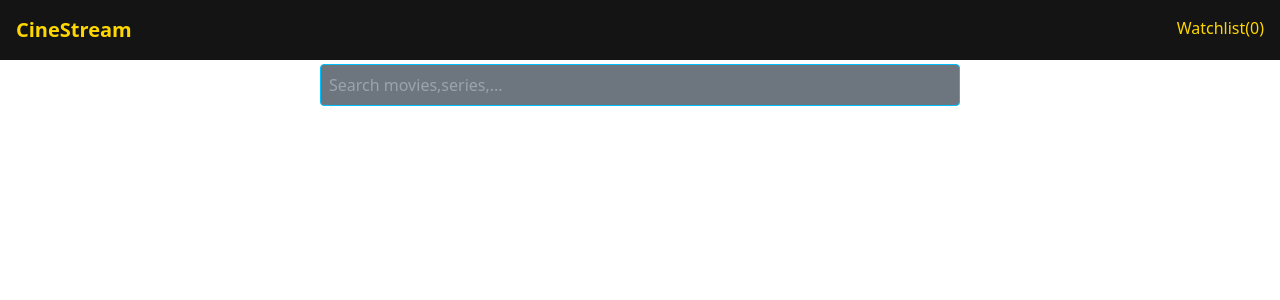
Repository: Reshmashameem31/Cine-Stream
Page: / (app in movie-project/)
The author's editor kept a copy of each file at every save. The page is drawn from the files as they stood at one save, then again after the next save.
The browser window is 1280 px wide. The pictures show the whole page.
The project was rebuilt for these pictures with package versions that can differ from the ones it lists, and the page was loaded fresh each time. Also part of the build but not shown: movie-project/vite.config.js, movie-project/src/pages/WatchList.jsx.

Above is the page before, as saved 2025-08-15 17:41:41.

### movie-project/src/App.jsx
import {BrowserRouter,Routes,Route} from 'react-router-dom'

import { useState } from 'react'
import Navbar from './pages/Navbar'
import Watchlist from './pages/WatchList'
import Home from './pages/Home'
function App() {
  const [count, setCount] = useState(0)

  return (

    <BrowserRouter>

    <Navbar/>
    <Routes>
      <Route path='/' element={<Home/>}></Route>
        <Route path='/watchlist' element={<Watchlist/>}></Route>
    </Routes>
    </BrowserRouter>
  )
}

export default App

### movie-project/src/pages/Navbar.jsx
import React from 'react'
import { Link } from 'react-router-dom'

const Navbar = () => {
  return (
    <nav className='p-4 bg-[#141414] text-[#FFD700]  flex justify-between fixed w-full top-0'>
      <Link to="/" className='font-bold text-xl hover:text-[#00E5FF] '>CineStream</Link>
      <Link to="/watchlist" className='text-l hover:text-[#00E5FF]'>Watchlist(0)</Link>
    </nav>
  )
}

export default Navbar

### movie-project/src/pages/Home.jsx
import React from 'react'

const Home = () => {
  return (
    <div className='p-4 pt-16 '>
        <input type='text' placeholder='Search movies,series,...'
         className='p-2 w-3/4 md:w-1/2 border rounded border-[#00BFFF]
          bg-[#0D1B2A] bg-opacity-60 backdrop-blur-md text-white fixed  left-1/4  top-16' />
        <div className='movies-container'></div>
        <div className='pagination-container'></div>

    </div>
  )
}

export default Home

Loaded but not shown: movie-project/index.html (common file); movie-project/src/main.jsx (common file); movie-project/src/index.css (common file); movie-project/tailwind.config.js (common file)

After the next save:
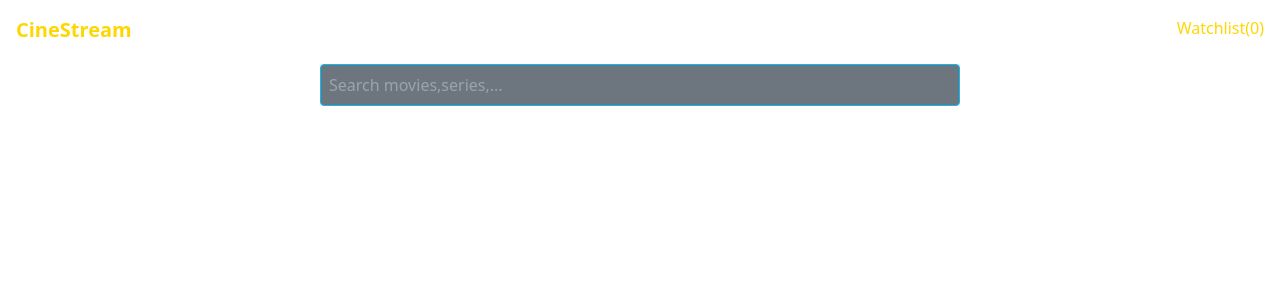
Saved 12 s later.
--- a/movie-project/src/pages/Navbar.jsx
+++ b/movie-project/src/pages/Navbar.jsx
@@ -3,7 +3,7 @@ import { Link } from 'react-router-dom'
 
 const Navbar = () => {
   return (
-    <nav className='p-4 bg-[#141414] text-[#FFD700]  flex justify-between fixed w-full top-0'>
+    <nav className='p-4 bg-[#] text-[#FFD700]  flex justify-between fixed w-full top-0'>
       <Link to="/" className='font-bold text-xl hover:text-[#00E5FF] '>CineStream</Link>
       <Link to="/watchlist" className='text-l hover:text-[#00E5FF]'>Watchlist(0)</Link>
     </nav>
